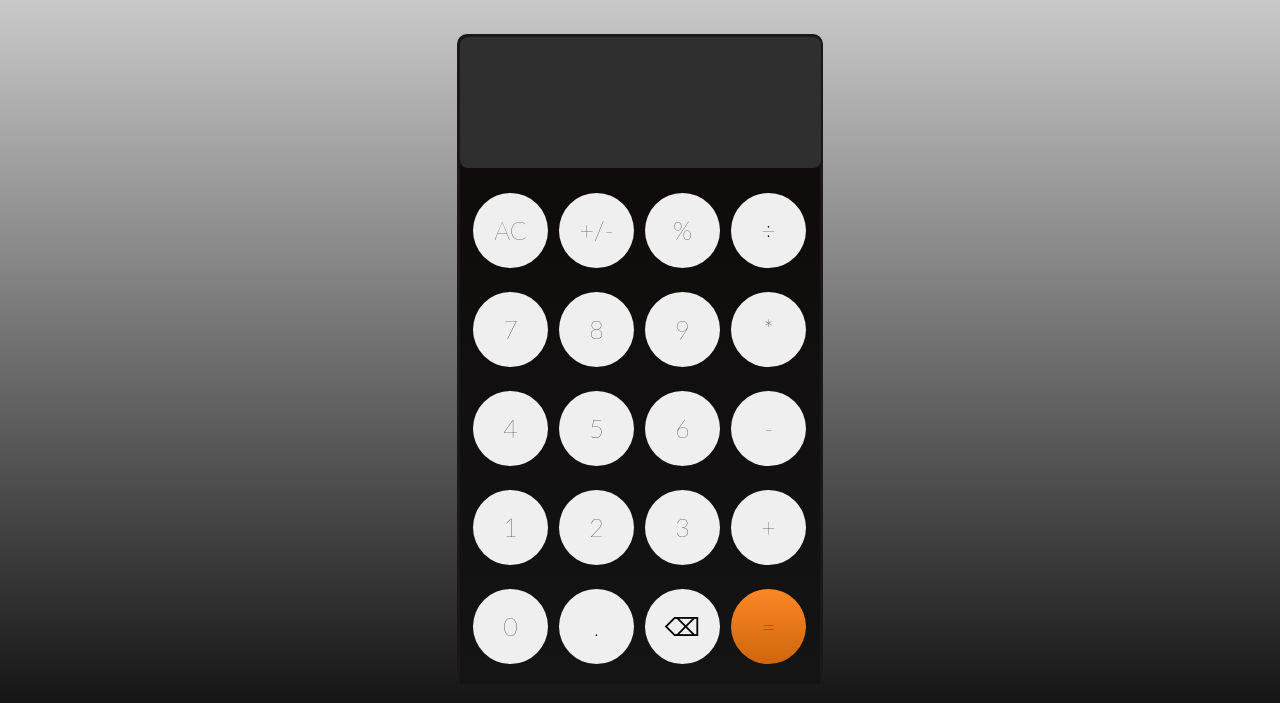
Repository: MhlengiNgubane/BrainnestJsTwo
Page: index.html
These files come from the project's save history. The page is drawn as it stood at one moment and after the next save; the edit follows.
The browser window is 1280 px wide. The pictures show the whole page.

Above is the page before, as saved 2022-09-12 09:45:29.

### index.html
<!DOCTYPE html>
<html lang="en">
<head>
    <meta charset="UTF-8">
    <meta http-equiv="X-UA-Compatible" content="IE=edge">
    <meta name="viewport" content="width=device-width, initial-scale=1.0">
    <title>CALCULATOR</title>

    <link rel="stylesheet" href="style.css">
</head>
    <body>
            <div class="container">
                <input type="text" class="input" value="" disabled />
                <div class="buttons">
                    <button value="AC" class=" clear">AC</button>
                    <button value="+/-" class=" plusMinus">+/-</button>
                    <button value="%" class=" percent">%</button>
                    <button value="/" class=" operator">&divide</button>

                    <button value="7" class="number">7</button>
                    <button value="8" class="number">8</button>
                    <button value="9" class="number">9</button>
                    <button value="*" class=" operator">*</button>

                    <button value="4" class="number">4</button>
                    <button value="5" class="number">5</button>
                    <button value="6" class="number">6</button>
                    <button value="-" class=" operator">-</button>

                    <button value="1" class="number">1</button>
                    <button value="2" class="number">2</button>
                    <button value="3" class="number">3</button>
                    <button value="+" class="operator">+</button>

                    <button value="0" class="zero number">0</button>
                    <button value="." class="decimal">.</button>
                    <button value="DEL" class="delete">⌫</button>
                    <button value="=" class="equal operator">=</button>
                </div>
            </div>

        <script src="App.js"></script>
    </body>
</html>

### style.css
* {
    border: 0;
    margin: 0;
    padding: 0;
    font-family: 'lato';
    font-weight: 100;
}

body{
    font-family: 'Roboto';
    font-weight: 400;
    background: linear-gradient(360deg, #141414 1.56%, rgba(0, 0, 0, 0.21) 100%);
    width: 100%;
    height: 100vh;
    display: flex;
    flex-direction: column;
    align-items: center;
    justify-content: center;
}



.container{
    align-items: center;
    margin: auto;
    margin-top: 60px;
    width: 360px;
    border: 20px;
    border: 3px solid #1d1818;
    background-color: #130e0e;
    border-radius: 10px;
    margin-bottom: 60px;
}

.input{
    position: relative;
    width: 355px;
    height: 125px;
    border: 3px solid #2f2f2f;
    text-align: right;
    border-radius: 8px;
    background-color: #2f2f2f;
    color: #fff;
    font-size: 60px;
}

.buttons{
    display: grid;
    grid-template-columns: repeat(4, 1fr);
    row-gap: 10px;
    column-gap: 10px;
    background: linear-gradient(360deg, #141414 1.56%, rgba(0, 0, 0, 0.21) 100%);
    padding: 18px 13px 13px 13px;
}

button{
    border: 1;
    outline: none;
    height: 75px;
    width: 75px;
    border-radius: 70px;
    text-align: center;
    margin-top: 7px;
    margin-bottom: 7px;
    font-size: 25px;
}




.equal{
    background: linear-gradient(180deg, #FC8827 0%, #CF650C 100%);
}

@media(max-width: 430px){
    .wrapper{
        width: 100%;
        height: 100%;
        border-radius: 0;
    }

    .buttons{
        row-gap: 5px;
        column-gap: 5px;
        background: linear-gradient(360deg, #141414 1.56%, rgba(0, 0, 0, 0.21) 100%);
        padding: 18px 13px 13px 13px;
    }


}

### App.js
/* Add two numbers */
function add(firstNumber, secondNumber){
  return firstNumber + secondNumber;
}
/* subtract two numbers */
function subtract(firstNumber, secondNumber){
  return firstNumber - secondNumber;
}
/* multiply two numbers */
function multiply(firstNumber, secondNumber){
  return firstNumber * secondNumber;
}
/* divide two numbers */
function divide(firstNumber, secondNumber){
  return firstNumber / secondNumber;
}
/* Make the operations */
function operate(operator, firstNumber, secondNumber){
  if(operator === '+'){
      return add(firstNumber, secondNumber);
  }
  else if(operator === '-'){
      return subtract(firstNumber, secondNumber);
  }
  else if(operator === '*'){
      return multiply(firstNumber, secondNumber);
  }
  else if(operator === '/'){
      return divide(firstNumber, secondNumber);
  }
  return secondNumber;
}

const display = document.querySelector('.input');

const calculator = {
  displayValue: '0',
  firstNumber: null,
  operator: null,
  secondNumber: false,
};

function clear() {
  calculator.displayValue = '0';
  calculator.firstNumber = null;
  calculator.operator = null;
  calculator.secondNumber = false;
}

function updateDisplay() {
  display.value = calculator.displayValue;
}

const buttons = document.querySelector('.buttons');
buttons.addEventListener('click', (e) => {
const target = e.target;

  if (!target.matches('button')) {
      return;
  }

  if (target.classList.contains('clear')) {
      clear();
      updateDisplay();
      return;
  }

  if (target.classList.contains('delete')) {
      undo();
      return;
  }

  if (target.classList.contains('plusMinus')) {
      plusMinus();
      return;
  }

  if (target.classList.contains('percent')) {
      percentage();
      return;
  }

  if (target.classList.contains('decimal')) {
      decimal(target.value);
      updateDisplay();
      return;
  }

  if (target.classList.contains('operator')) {
      calculate(target.value);
      updateDisplay();
      return;
  }

      displayNumber(target.value);
      updateDisplay();
});

function undo(){
  display.value = display.value.slice(0, -1);
  calculator.displayValue = display.value;
}

function plusMinus(){
  let displayPlusMinus = calculator.displayValue;
  if(displayPlusMinus >= 0){
      display.value = '-' + displayPlusMinus;
  }
  calculator.displayValue = display.value;
}

function percentage(){
  let displayPercent = calculator.displayValue;
  if(displayPercent != 0){
      display.value = displayPercent / 100;
  }
 calculator.displayValue = display.value;
}

function decimal(dot) {
  if (calculator.secondNumber === true) {
      calculator.displayValue = '0.'
      calculator.secondNumber = false;
      return
  }
  if (!calculator.displayValue.includes(dot)) {
      calculator.displayValue += dot;
  }
}

function displayNumber(number) {
  let displayValue = calculator.displayValue;
  const secondNumber = calculator.secondNumber;

  if (secondNumber === true) {
      calculator.displayValue = number;
      calculator.secondNumber = false;
  }
  else if(displayValue === '0'){
      calculator.displayValue = number;
  }
  else{
      calculator.displayValue = displayValue + number;
  }
}

function calculate(inputOperator) {
  const firstNumber = calculator.firstNumber;
  const displayValue = calculator.displayValue;
  const operator  = calculator.operator;

  const inputValue = parseFloat(displayValue);

  if (operator && calculator.secondNumber)  {
      calculator.operator = inputOperator;
      return;
    }

  if (firstNumber == null) {
      calculator.firstNumber = inputValue;

  } else if (operator) {
      const result = operate(operator, firstNumber, inputValue);
      calculator.displayValue = `${parseFloat(result.toFixed(6))}`;
      calculator.firstNumber = result;
  }
  calculator.secondNumber = true;
  calculator.operator = inputOperator;
  console.log(calculator);
}

After the next save:
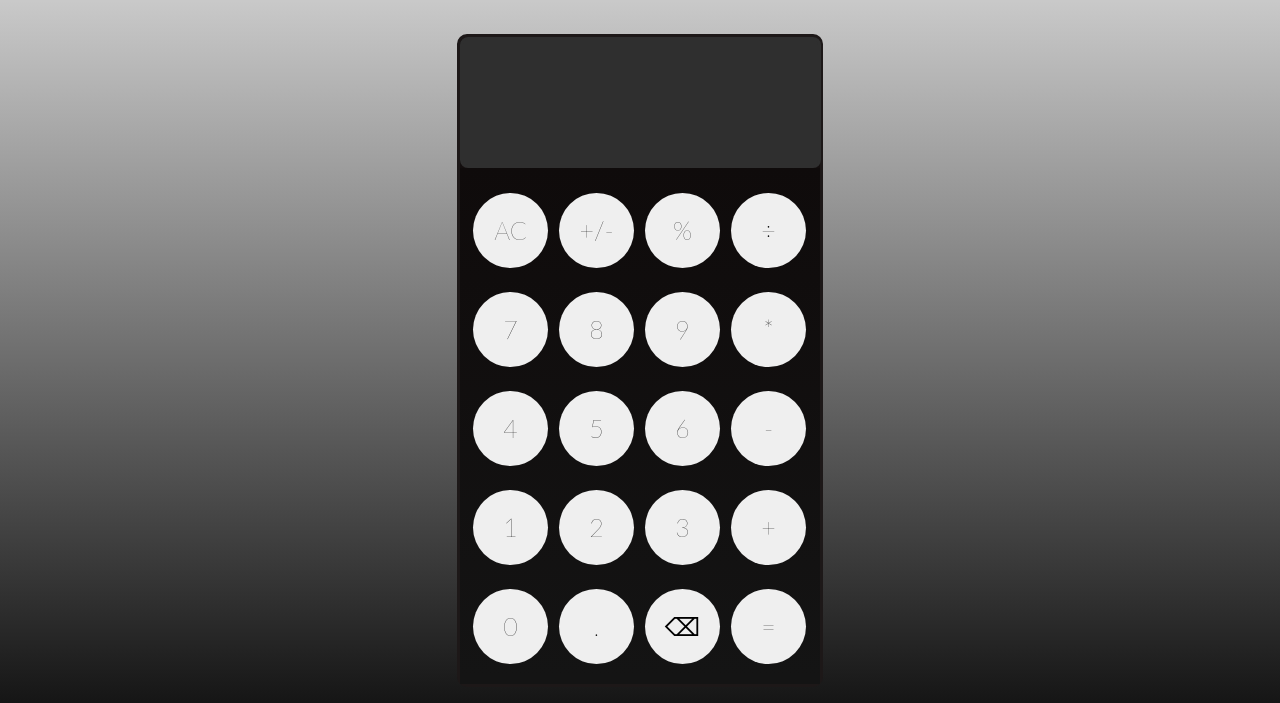
Saved 5 s later.
--- a/style.css
+++ b/style.css
@@ -68,9 +68,7 @@ button{
 
 
 
-.equal{
-    background: linear-gradient(180deg, #FC8827 0%, #CF650C 100%);
-}
+
 
 @media(max-width: 430px){
     .wrapper{
